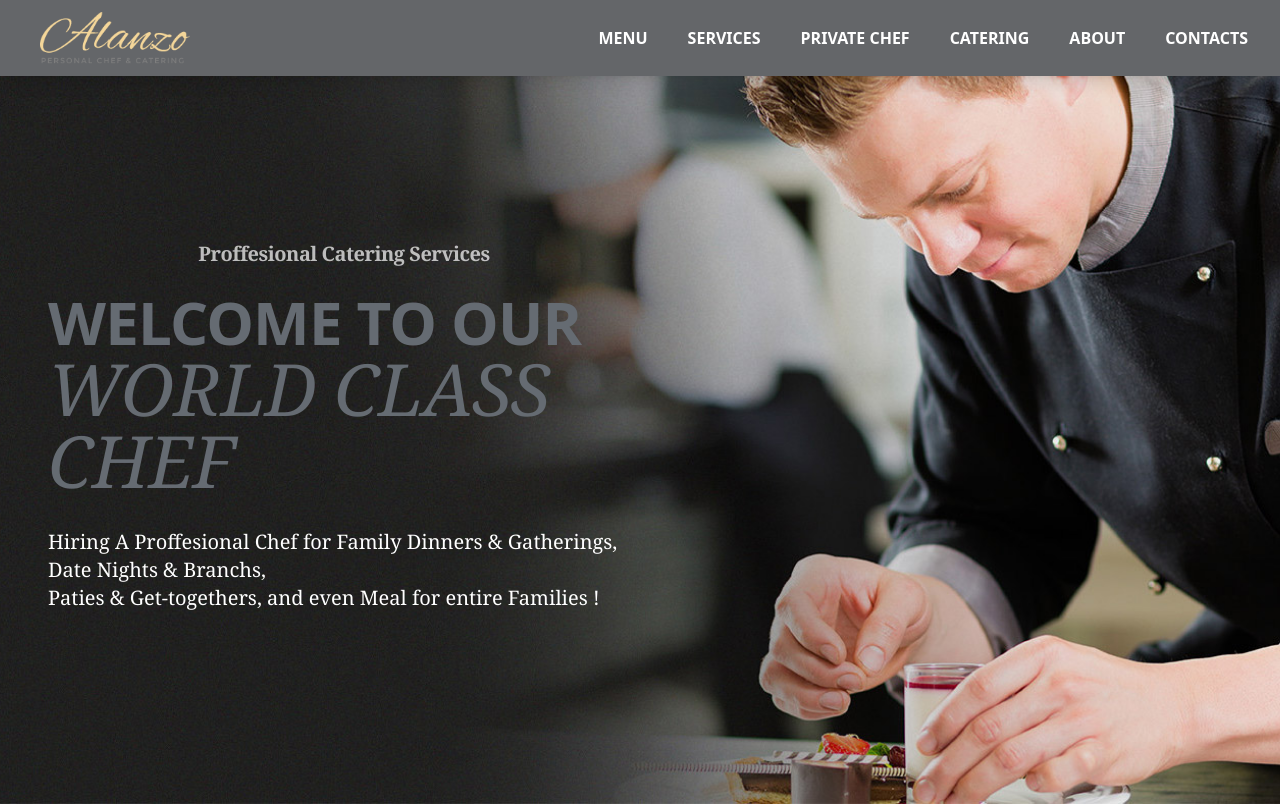
Repository: remydev47/alanzo
Page: /
An editor plug-in stored every save of this project. The page is shown before and after the next save, followed by the edit.
The browser window is 1280 px wide. The pictures show the whole page.
The project was rebuilt for these pictures with package versions that can differ from the ones it lists, and the page was loaded fresh each time. The framework's server and built-in components were replaced by stand-ins that run in the browser. Also part of the build but not shown: next.config.js.

Above is the page before, as saved 2022-12-17 11:13:06.

After the next save:
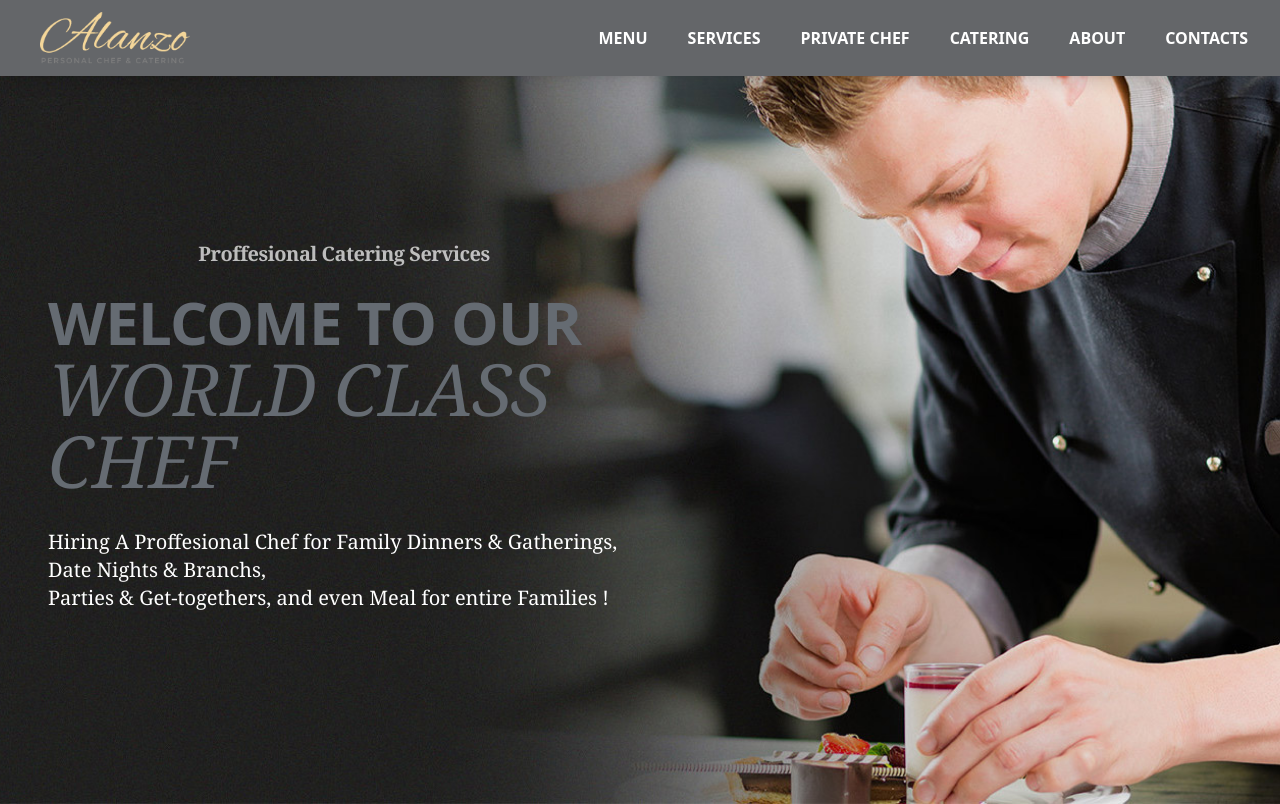
Saved 21 s later.
--- a/components/Hero.tsx
+++ b/components/Hero.tsx
@@ -16,7 +16,7 @@
         </p>
         <p className="mt-8 font-erif text-xl font-serif text-[#fff]">
           Hiring A Proffesional Chef for Family Dinners & Gatherings, Date Nights & Branchs, <br />
-          Paties & Get-togethers, and even Meal for entire Families !
+          Parties & Get-togethers, and even Meal for entire Families !
         </p>
       </div>
     </div>
